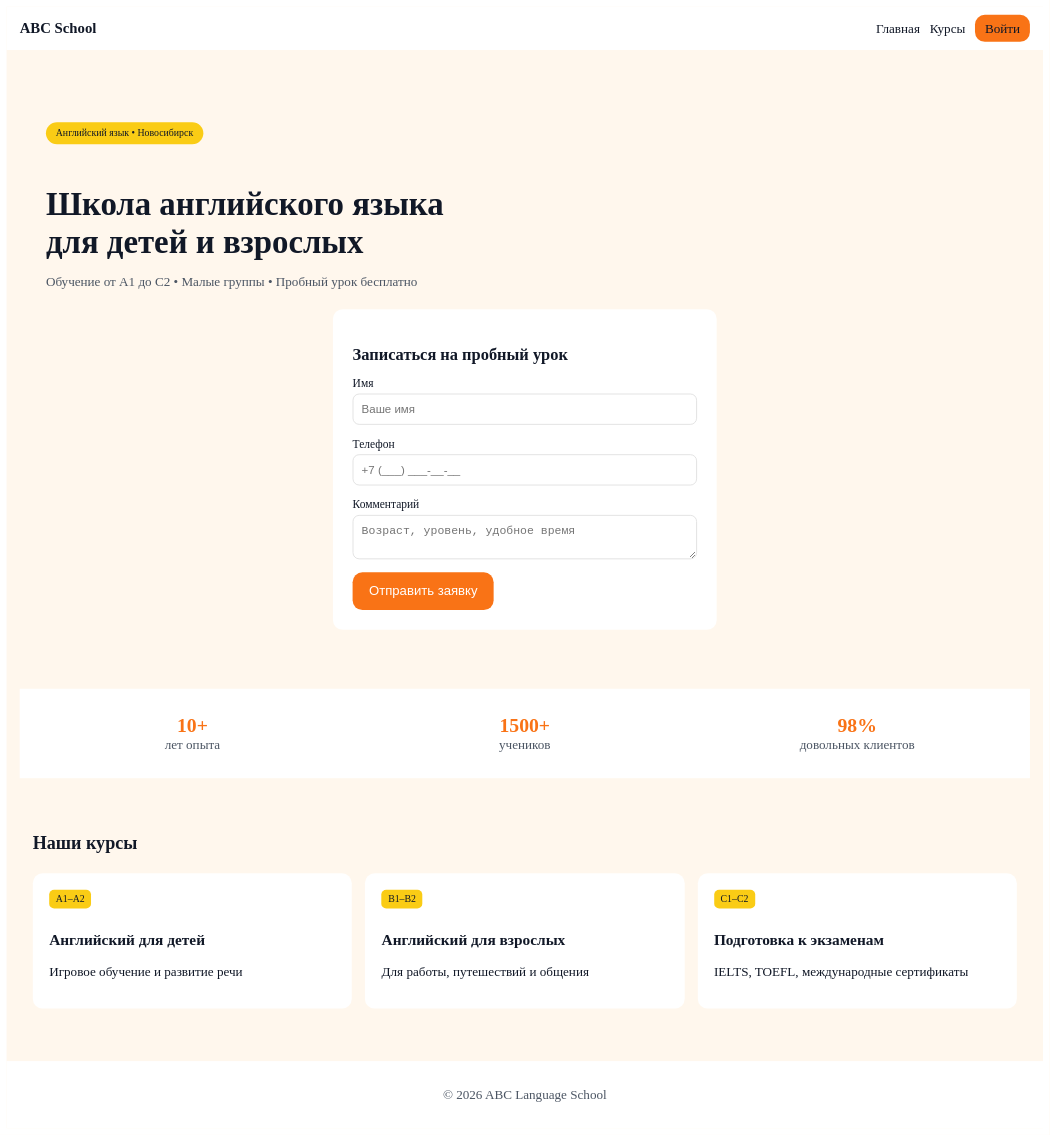
Repository: vidergooold/abc-language-school
Page: / (app in frontend/)
An editor plug-in stored every save of this project. The page is shown before and after the next save, followed by the edit.
The browser window is 1280 px wide. The pictures show the whole page, at 82% of full size.
The project was rebuilt for these pictures with package versions that can differ from the ones it lists, and the page was loaded fresh each time. Also part of the build but not shown: frontend/vite.config.ts, frontend/src/components/courses/CoursesFilter.vue, frontend/src/components/courses/CourseCard.vue, frontend/src/components/courses/CoursesGrid.vue, frontend/src/pages/Courses.vue, frontend/src/pages/Login.vue, frontend/src/pages/Register.vue, frontend/src/components/layout/AccountLayout.vue and 2 more.

Above is the page before, as saved 2026-01-10 18:46:29.

### frontend/src/main.ts
import { createApp } from 'vue'
import App from './App.vue'
import router from './router'
import './styles/theme.css'

import { createPinia } from 'pinia'

const pinia = createPinia()

createApp(App)
  .use(router)
  .use(pinia)
  .mount('#app')

### frontend/src/App.vue
<template>
  <div class="app">
    <Header />
    <main class="app-main">
      <router-view />
    </main>
    <Footer />
  </div>
</template>

<script setup lang="ts">
import Header from './components/layout/Header.vue'
import Footer from './components/layout/Footer.vue'
</script>

<style scoped>
.app {
  min-height: 100vh;
  display: flex;
  flex-direction: column;
  background: var(--bg-main);
  color: var(--text-main);
  font-size: var(--font-size-base);
}

.app-main {
  flex: 1; /* растягиваем контент, футер падает вниз */
  padding: 16px;
}
</style>

### frontend/src/router/index.ts
import { createRouter, createWebHistory } from 'vue-router'

import Home from '@/pages/Home.vue'
import Courses from '@/pages/Courses.vue'
import Login from '@/pages/Login.vue'
import Register from '@/pages/Register.vue' // 🔹 новый импорт

import AccountLayout from '@/components/layout/AccountLayout.vue'
import Profile from '@/pages/account/Profile.vue'

import { useAuthStore } from '@/stores/auth'

const router = createRouter({
  history: createWebHistory(),
  routes: [
    {
      path: '/',
      component: Home,
    },
    {
      path: '/courses',
      component: Courses,
    },
    {
      path: '/login',
      component: Login,
    },
    {
      path: '/register',          // 🔹 маршрут регистрации
      component: Register,
    },
    {
      path: '/account',
      component: AccountLayout,
      meta: { requiresAuth: true },
      children: [
        {
          path: '',
          component: Profile,
        },
      ],
    },
  ],
})

/**
 * Глобальная защита маршрутов
 */
router.beforeEach((to) => {
  const auth = useAuthStore()

  if (to.meta.requiresAuth && !auth.token) {
    return '/login'
  }
})

export default router

### frontend/src/styles/theme.css
:root {
  /* Brand */
  --brand-orange: #F97316;
  --brand-red: #EF4444;
  --brand-yellow: #FACC15;
  --font-size-base: 16px;
  --font-size-title: 28px;

  /* Backgrounds */
  --bg-main: #FFF7ED;
  --bg-white: #ffffff;

  /* Text */
  --text-main: #111827;
  --text-secondary: #4B5563;

  /* UI */
  --border-radius: 12px;
  --transition: 0.2s ease-in-out;
}

### frontend/src/components/layout/Header.vue
<template>
  <header class="header">
    <div class="logo">ABC School</div>
    <nav class="nav">
      <RouterLink to="/">Главная</RouterLink>
      <RouterLink to="/courses">Курсы</RouterLink>
      <RouterLink to="/login" class="cta">Войти</RouterLink>
    </nav>
  </header>
</template>

<script setup lang="ts">
import { RouterLink } from 'vue-router'
</script>

<style scoped>
.header {
  display: flex;
  justify-content: space-between;
  align-items: center;
  padding: 16px;
  background: var(--bg-white);
}

.logo {
  font-weight: 700;
  font-size: 18px;
}

.nav a {
  margin-left: 12px;
  text-decoration: none;
  color: var(--text-main);
}

.cta {
  padding: 8px 12px;
  background: var(--brand-orange);
  color: white;
  border-radius: var(--border-radius);
}
</style>

### frontend/src/components/layout/Footer.vue
<template>
  <footer class="footer">
    <p>© 2026 ABC Language School</p>
  </footer>
</template>

<style scoped>
.footer {
  padding: 16px;
  text-align: center;
  color: var(--text-secondary);
  background: var(--bg-white);
}
</style>

### frontend/src/pages/Home.vue
<template>
  <main>
    <HeroSection />
    <StatsBlock />
    <CoursesPreview />
  </main>
</template>

<script setup lang="ts">
import HeroSection from '@/components/home/HeroSection.vue'
import StatsBlock from '@/components/home/StatsBlock.vue'
import CoursesPreview from '@/components/home/CoursesPreview.vue'
</script>

### frontend/src/stores/auth.ts
import { defineStore } from 'pinia'
import http from '@/api/http'

export const useAuthStore = defineStore('auth', {
  state: () => ({
    token: localStorage.getItem('token') as string | null,
  }),

  actions: {
    async login(email: string, password: string) {
      const res = await http.post('/auth/login', { email, password })
      this.token = res.data.access_token
      localStorage.setItem('token', this.token!)
    },
    logout() {
      this.token = null
      localStorage.removeItem('token')
    },
  },
})

### frontend/src/components/home/HeroSection.vue
<template>
  <section class="hero">
    <div class="hero__content">
      <span class="hero__badge">Английский язык • Новосибирск</span>

      <h1 class="hero__title">
        Школа английского языка<br />
        для детей и взрослых
      </h1>

      <p class="hero__subtitle">
        Обучение от A1 до C2 • Малые группы • Пробный урок бесплатно
      </p>

      <LeadForm />
    </div>
  </section>
</template>

<script setup lang="ts">
import LeadForm from './LeadForm.vue'
</script>

<style scoped>
.hero {
  padding: 48px 16px;
}

.hero__badge {
  display: inline-block;
  background: var(--brand-yellow);
  padding: 6px 12px;
  border-radius: 999px;
  font-size: 12px;
  margin-bottom: 16px;
}

.hero__title {
  font-size: 28px;
  margin-bottom: 16px;
}

.hero__subtitle {
  color: var(--text-secondary);
  margin-bottom: 24px;
}

@media (min-width: 768px) {
  .hero {
    padding: 72px 32px;
  }

  .hero__title {
    font-size: 40px;
  }
}
</style>

### frontend/src/components/home/StatsBlock.vue
<template>
  <section class="stats">
    <div class="stats__item">
      <strong>10+</strong>
      <span>лет опыта</span>
    </div>

    <div class="stats__item">
      <strong>1500+</strong>
      <span>учеников</span>
    </div>

    <div class="stats__item">
      <strong>98%</strong>
      <span>довольных клиентов</span>
    </div>
  </section>
</template>

<style scoped>
.stats {
  display: grid;
  grid-template-columns: 1fr;
  gap: 16px;
  padding: 32px 16px;
  background: var(--bg-white);
}

.stats__item {
  text-align: center;
}

.stats__item strong {
  font-size: 24px;
  color: var(--brand-orange);
}

.stats__item span {
  display: block;
  color: var(--text-secondary);
}

@media (min-width: 768px) {
  .stats {
    grid-template-columns: repeat(3, 1fr);
  }
}
</style>

### frontend/src/components/home/CoursesPreview.vue
<template>
  <section class="courses">
    <h2 class="section-title">Наши курсы</h2>

    <div class="courses-grid">
      <div class="course-card">
        <span class="level">A1–A2</span>
        <h3>Английский для детей</h3>
        <p>Игровое обучение и развитие речи</p>
      </div>

      <div class="course-card">
        <span class="level">B1–B2</span>
        <h3>Английский для взрослых</h3>
        <p>Для работы, путешествий и общения</p>
      </div>

      <div class="course-card">
        <span class="level">C1–C2</span>
        <h3>Подготовка к экзаменам</h3>
        <p>IELTS, TOEFL, международные сертификаты</p>
      </div>
    </div>
  </section>
</template>

<style scoped>
.courses {
  padding: 48px 16px;
}

.section-title {
  font-size: 22px;
  margin-bottom: 24px;
}

.courses-grid {
  display: grid;
  grid-template-columns: 1fr;
  gap: 16px;
}

.course-card {
  background: var(--bg-white);
  padding: 20px;
  border-radius: var(--border-radius);
}

.course-card .level {
  display: inline-block;
  background: var(--brand-yellow);
  padding: 4px 8px;
  border-radius: 6px;
  font-size: 12px;
  margin-bottom: 8px;
}

@media (min-width: 768px) {
  .courses-grid {
    grid-template-columns: repeat(3, 1fr);
  }
}
</style>

### frontend/src/api/http.ts
import axios from 'axios'
import { useAuthStore } from '@/stores/auth'

const http = axios.create({
  baseURL: 'http://localhost:8000/api/v1',
  headers: {
    'Content-Type': 'application/json',
  },
})

// автоматически добавляем JWT, если есть
http.interceptors.request.use((config) => {
  const authStore = useAuthStore()
  if (authStore.token) {
    config.headers = config.headers || {}
    config.headers.Authorization = `Bearer ${authStore.token}`
  }
  return config
})

export default http

### frontend/src/components/home/LeadForm.vue
<template>
  <form class="lead-form" @submit.prevent="submit">
    <h3 class="lead-form__title">Записаться на пробный урок</h3>

    <div class="field">
      <label>Имя</label>
      <input
        v-model="name"
        type="text"
        placeholder="Ваше имя"
      />
      <span v-if="errors.name" class="error">
        {{ errors.name }}
      </span>
    </div>

    <div class="field">
      <label>Телефон</label>
      <input
        v-model="phone"
        type="tel"
        placeholder="+7 (___) ___-__-__"
      />
      <span v-if="errors.phone" class="error">
        {{ errors.phone }}
      </span>
    </div>

    <div class="field">
      <label>Комментарий</label>
      <textarea
        v-model="comment"
        placeholder="Возраст, уровень, удобное время"
      />
    </div>

    <BaseButton type="submit">
      {{ enrollmentStore.loading ? 'Отправка...' : 'Отправить заявку' }}
    </BaseButton>

    <p v-if="enrollmentStore.success" class="success">
      Заявка успешно отправлена!
    </p>
  </form>
</template>

<script setup lang="ts">
import { ref } from 'vue'
import BaseButton from '@/components/ui/BaseButton.vue'
import { useEnrollmentStore } from '@/stores/enrollment'

const enrollmentStore = useEnrollmentStore()

const name = ref('')
const phone = ref('')
const comment = ref('')

const errors = ref<{
  name?: string
  phone?: string
}>({})

function validate() {
  errors.value = {}

  if (!name.value) {
    errors.value.name = 'Введите имя'
  }

  if (!phone.value) {
    errors.value.phone = 'Введите телефон'
  }

  return Object.keys(errors.value).length === 0
}

async function submit() {
  if (!validate()) return

  await enrollmentStore.submitEnrollment({
    name: name.value,
    phone: phone.value,
    comment: comment.value,
  })

  if (enrollmentStore.success) {
    name.value = ''
    phone.value = ''
    comment.value = ''
  }
}
</script>

<style scoped>
.lead-form {
  background: var(--bg-white);
  padding: 24px;
  border-radius: var(--border-radius);
  max-width: 420px;
  margin: 0 auto;
}

.lead-form__title {
  font-size: 20px;
  margin-bottom: 16px;
}

.field {
  display: flex;
  flex-direction: column;
  margin-bottom: 16px;
}

.field label {
  font-size: 14px;
  margin-bottom: 4px;
}

.field input,
.field textarea {
  padding: 10px;
  border-radius: 8px;
  border: 1px solid #ddd;
  font-size: 14px;
}

.error {
  color: var(--brand-red);
  font-size: 12px;
  margin-top: 4px;
}

.success {
  margin-top: 16px;
  color: green;
  font-size: 14px;
}
</style>

### frontend/src/components/ui/BaseButton.vue
<template>
  <button class="base-btn">
    <slot />
  </button>
</template>

<style scoped>
.base-btn {
  background: var(--brand-orange);
  color: #fff;
  border: none;
  padding: 14px 20px;
  border-radius: var(--border-radius);
  font-size: 16px;
  cursor: pointer;
  transition: var(--transition);
}

.base-btn:hover {
  background: #ea6a10;
}
</style>

### frontend/src/stores/enrollment.ts
import { defineStore } from 'pinia'
import http from '@/api/http'

export const useEnrollmentStore = defineStore('enrollment', {
  state: () => ({
    loading: false,
    success: false,
    error: null as string | null,
  }),

  actions: {
    async submitEnrollment(payload: {
      name: string
      phone: string
      comment: string
    }) {
      this.loading = true
      this.error = null
      this.success = false

      try {
        await http.post('/enrollments', payload)
        this.success = true
      } catch (e) {
        this.error = 'Ошибка отправки заявки'
      } finally {
        this.loading = false
      }
    },
  },
})

Loaded but not shown: frontend/index.html (common file)

After the next save:
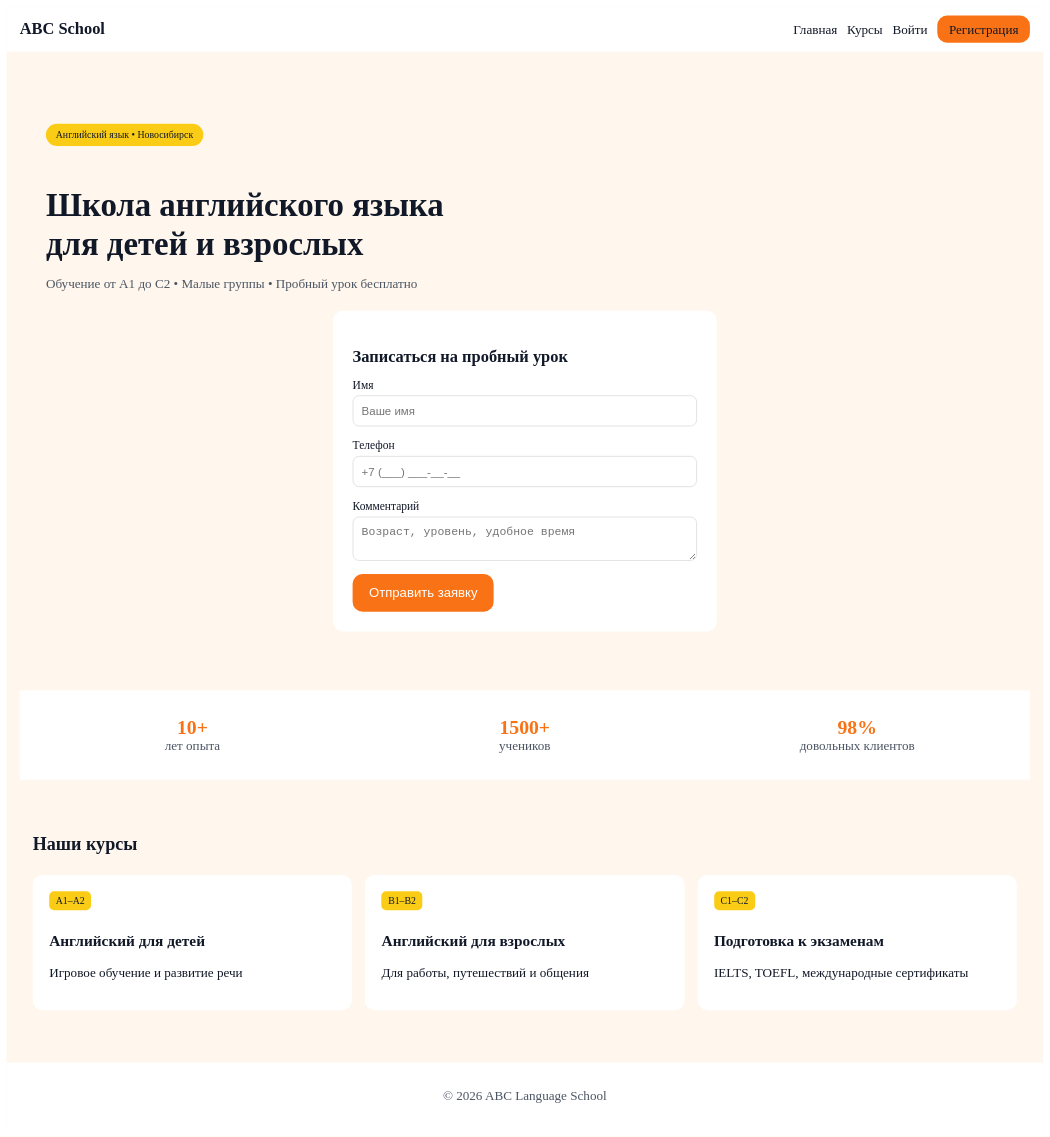
Saved 12 min 49 s later.
--- a/frontend/src/components/layout/Header.vue
+++ b/frontend/src/components/layout/Header.vue
@@ -4,7 +4,8 @@
     <nav class="nav">
       <RouterLink to="/">Главная</RouterLink>
       <RouterLink to="/courses">Курсы</RouterLink>
-      <RouterLink to="/login" class="cta">Войти</RouterLink>
+      <RouterLink to="/login">Войти</RouterLink>
+      <RouterLink to="/register" class="cta">Регистрация</RouterLink>
     </nav>
   </header>
 </template>
@@ -24,17 +25,18 @@ import { RouterLink } from 'vue-router'
 
 .logo {
   font-weight: 700;
-  font-size: 18px;
+  font-size: 20px;
 }
 
 .nav a {
   margin-left: 12px;
   text-decoration: none;
   color: var(--text-main);
+  font-size: 16px;
 }
 
 .cta {
-  padding: 8px 12px;
+  padding: 8px 14px;
   background: var(--brand-orange);
   color: white;
   border-radius: var(--border-radius);
